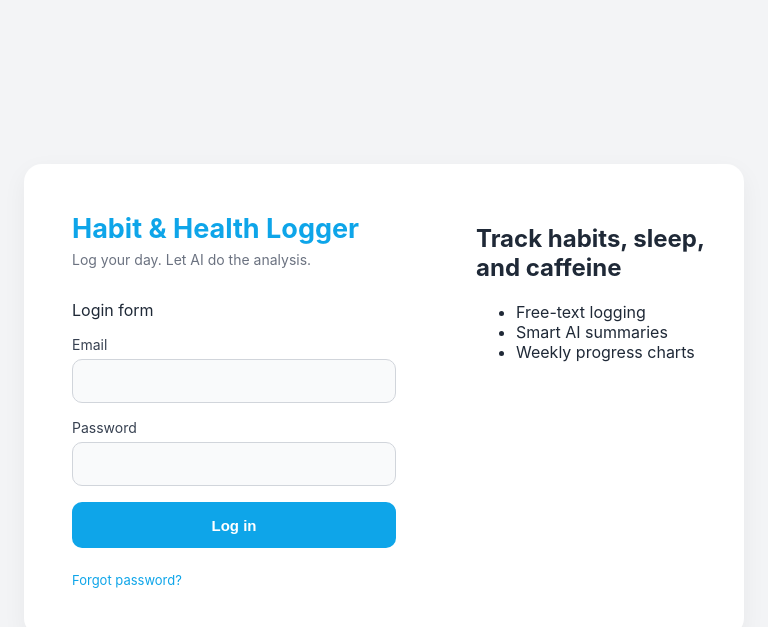
Repository: rawanwehbe6/habit-health-logger
Page: HHL-client/index.html
An editor plug-in stored every save of this project. The page is shown before and after the next save, followed by the edit.
The browser window is 768 px wide. The pictures show the whole page.

Above is the page before, as saved 2025-11-16 00:38:43.

### HHL-client/index.html
<!DOCTYPE html>
<html lang="en">
<head>
  <meta charset="UTF-8" />
  <title>Habit &amp; Health Logger – Login</title>
  <meta name="viewport" content="width=device-width, initial-scale=1.0" />
  <link rel="stylesheet" href="assets/css/style.css" />
</head>
<body class="auth-body">
  <div class="auth-layout">

    <main class="auth-card">
      <h1 class="app-title">Habit &amp; Health Logger</h1>
      <p class="app-subtitle">Log your day. Let AI do the analysis.</p>

      <p>Login form</p>
      <form class="auth-form" id="login-form">
        <div class="form-group">
          <label for="email">Email</label>
          <input
            type="email"
            id="email"
            name="email"
            autocomplete="email"
            required
          />
        </div>

        <div class="form-group">
          <label for="password">Password</label>
          <input
            type="password"
            id="password"
            name="password"
            autocomplete="current-password"
            required
          />
        </div>

        <button type="submit" class="btn-primary">Log in</button>

        <div class="auth-links">
          <a href="#" class="auth-link">Forgot password?</a>
        </div>
      </form>
    </main>

    <aside class="auth-side">
      <h2>Track habits, sleep, and caffeine</h2>
      <ul>
        <li>Free-text logging</li>
        <li>Smart AI summaries</li>
        <li>Weekly progress charts</li>
      </ul>
    </aside>
  </div>
</body>
</html>

### HHL-client/assets/css/style.css
*,
*::before,
*::after {
  box-sizing: border-box;
}

body {
  margin: 0;
  font-family: Inter, system-ui, sans-serif;
  background: #F3F4F6; /* light cool gray */
  color: #1F2937;      /* deep slate */
  -webkit-font-smoothing: antialiased;
}

.auth-body {
  min-height: 100vh;
  display: flex;
  align-items: center;
  justify-content: center;
  padding: 24px;
}

.auth-layout {
  width: 100%;
  max-width: 880px;
  background: #FFFFFF;
  display: flex;
  border-radius: 18px;
  overflow: hidden;
  box-shadow: 0 8px 24px rgba(0, 0, 0, 0.05);
}

.auth-card {
  flex: 1;
  padding: 48px;
}

.auth-side {
  width: 300px;
  padding: 40px 32px;
}

.app-title {
  margin: 0;
  font-size: 27px;
  font-weight: 700;
  color: #0EA5E9; /* teal accent */
}

.app-subtitle {
  margin: 6px 0 32px 0;
  font-size: 14px;
  color: #6B7280;
}

.auth-form {
  display: flex;
  flex-direction: column;
  gap: 16px;
}

.form-group {
  display: flex;
  flex-direction: column;
  gap: 6px;
}

.form-group label {
  font-size: 14px;
  color: #374151;
}

.form-group input {
  height: 44px;
  padding: 0 12px;
  border-radius: 10px;
  font-size: 14px;
  border: 1px solid #D1D5DB;
  background: #F9FAFB;
  transition: border-color 0.15s ease, background 0.15s ease;
}

.form-group input:focus {
  border-color: #0EA5E9;
  background: #FFFFFF;
  outline: none;
}

.btn-primary {
  height: 46px;
  border: none;
  border-radius: 10px;
  background: #0EA5E9;
  color: #ffffff;
  font-size: 15px;
  font-weight: 600;
  cursor: pointer;
  transition: background 0.15s ease, transform 0.12s ease;
}

.btn-primary:hover {
  background: #0284C7;
}

.btn-primary:active {
  transform: scale(0.98);
}

.auth-links {
  margin-top: 8px;
  display: flex;
  flex-direction: column;
  gap: 4px;
  font-size: 13px;
}

.auth-link {
  color: #0EA5E9;
  text-decoration: none;
}

.auth-link:hover {
  text-decoration: underline;
}

After the next save:
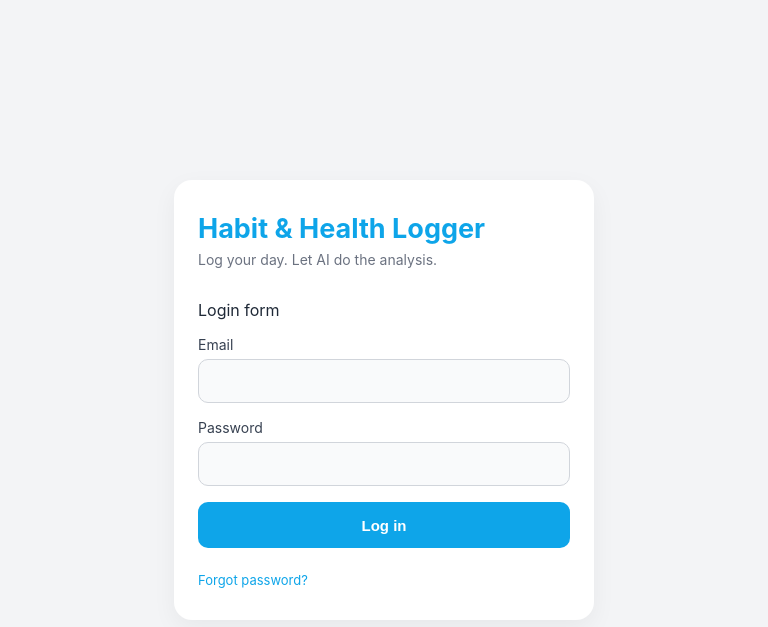
Saved 106 s later.
--- a/HHL-client/assets/css/style.css
+++ b/HHL-client/assets/css/style.css
@@ -122,3 +122,47 @@ body {
 .auth-link:hover {
   text-decoration: underline;
 }
+
+.auth-side {
+  width: 300px;
+  padding: 40px 32px;
+  background: #E0F2FE;
+  border-left: 1px solid #BAE6FD;
+  display: flex;
+  flex-direction: column;
+  justify-content: center;
+  gap: 12px;
+}
+
+.auth-side h2 {
+  margin: 0;
+  font-size: 21px;
+  font-weight: 600;
+  color: #0369A1;
+}
+
+.auth-side ul {
+  margin: 0;
+  padding-left: 20px;
+  color: #3F3F46;
+  font-size: 14px;
+}
+
+.auth-side li::marker {
+  color: #A3E635; /* lime accent */
+}
+
+@media (max-width: 900px) {
+  .auth-layout {
+    flex-direction: column;
+    max-width: 420px;
+  }
+
+  .auth-side {
+    display: none;
+  }
+
+  .auth-card {
+    padding: 32px 24px;
+  }
+}
